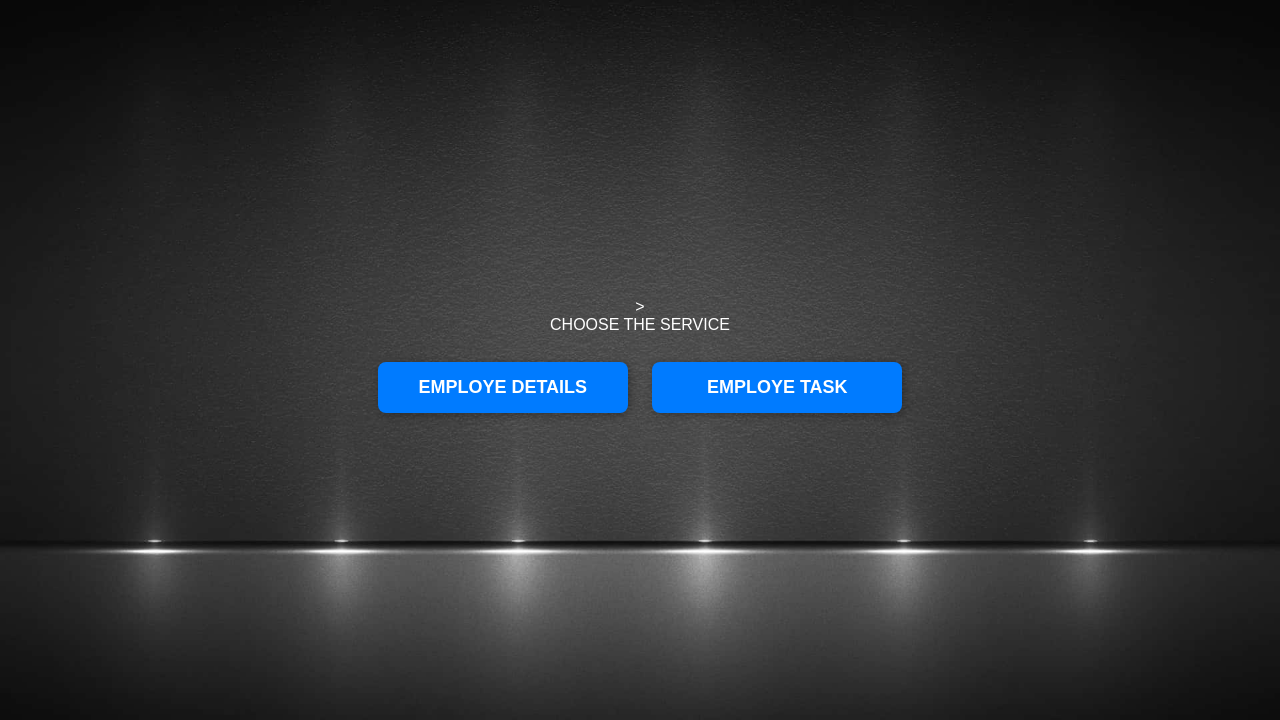
Repository: siva-shankar-2004/EmployeeManagementSystem
Page: src/main/resources/static/choice.html
These files come from the project's save history. The page is drawn as it stood at one moment and after the next save; the edit follows.
The browser window is 1280 px wide. The pictures show the whole page.

Above is the page before, as saved 2025-04-04 19:06:37.

After the next save:
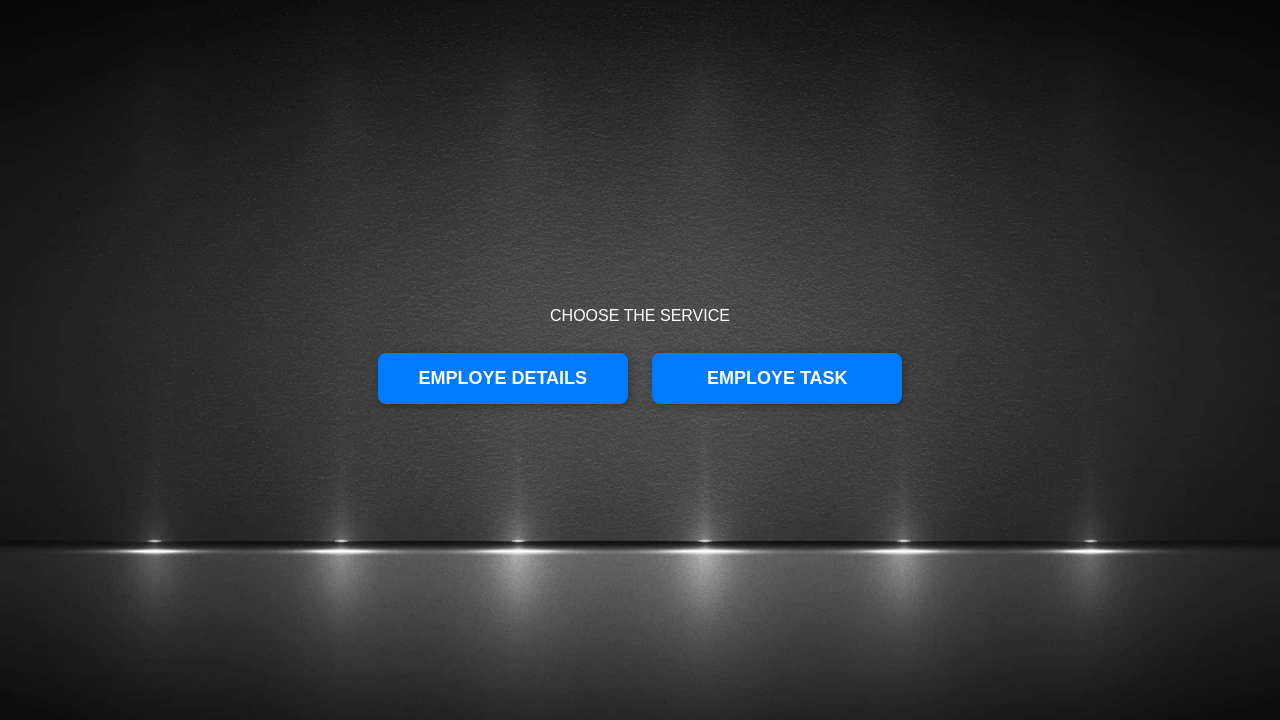
Saved 2 min 7 s later.
--- a/src/main/resources/static/choice.html
+++ b/src/main/resources/static/choice.html
@@ -42,7 +42,7 @@
         }
     </style>
 </head>
->
+
 <body>
     <center
     <h1>CHOOSE THE SERVICE</h1>
